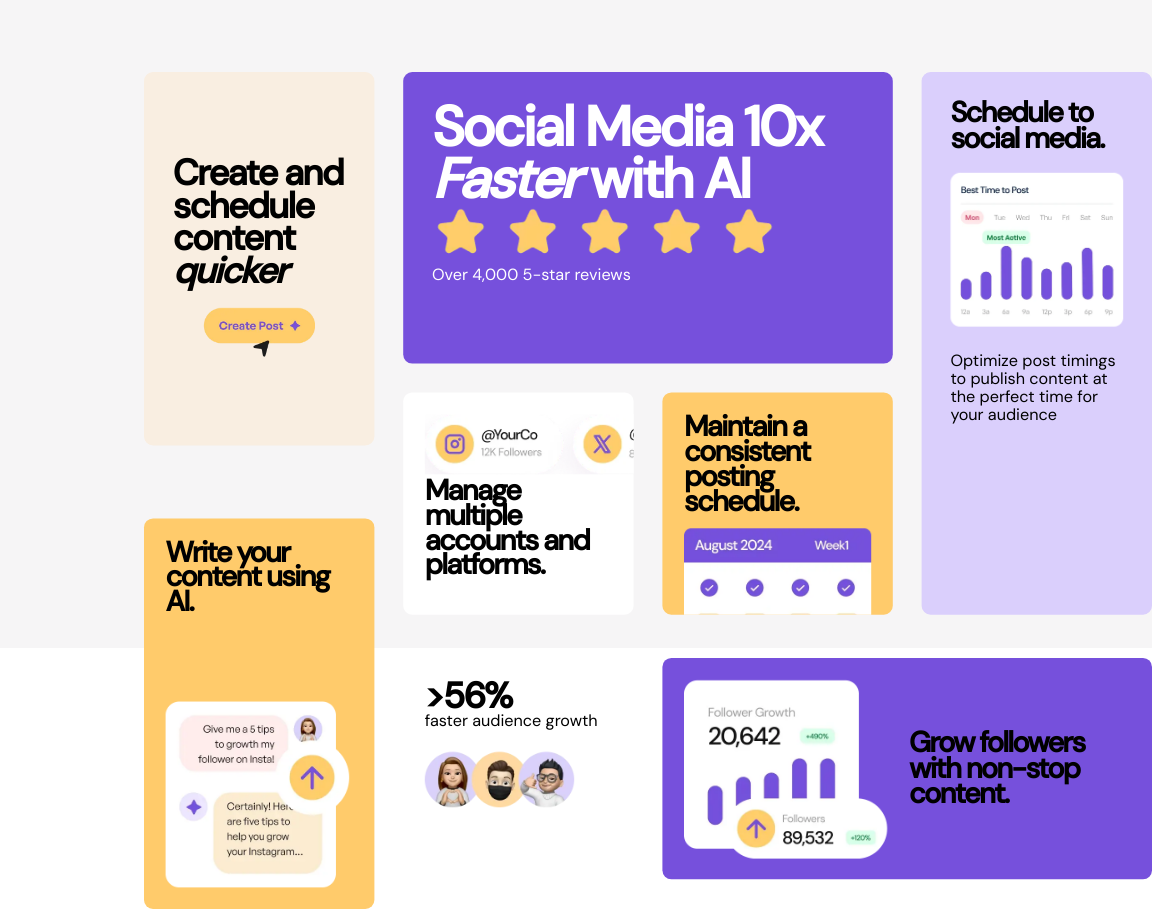
Repository: brandontaylor1/bento-grid
Page: index.html
The author's editor kept a copy of each file at every save. The page is drawn from the files as they stood at one save, then again after the next save.
The browser window is 1280 px wide. The pictures show the whole page, at 90% of full size.

Above is the page before, as saved 2025-01-22 15:18:27.

After the next save:
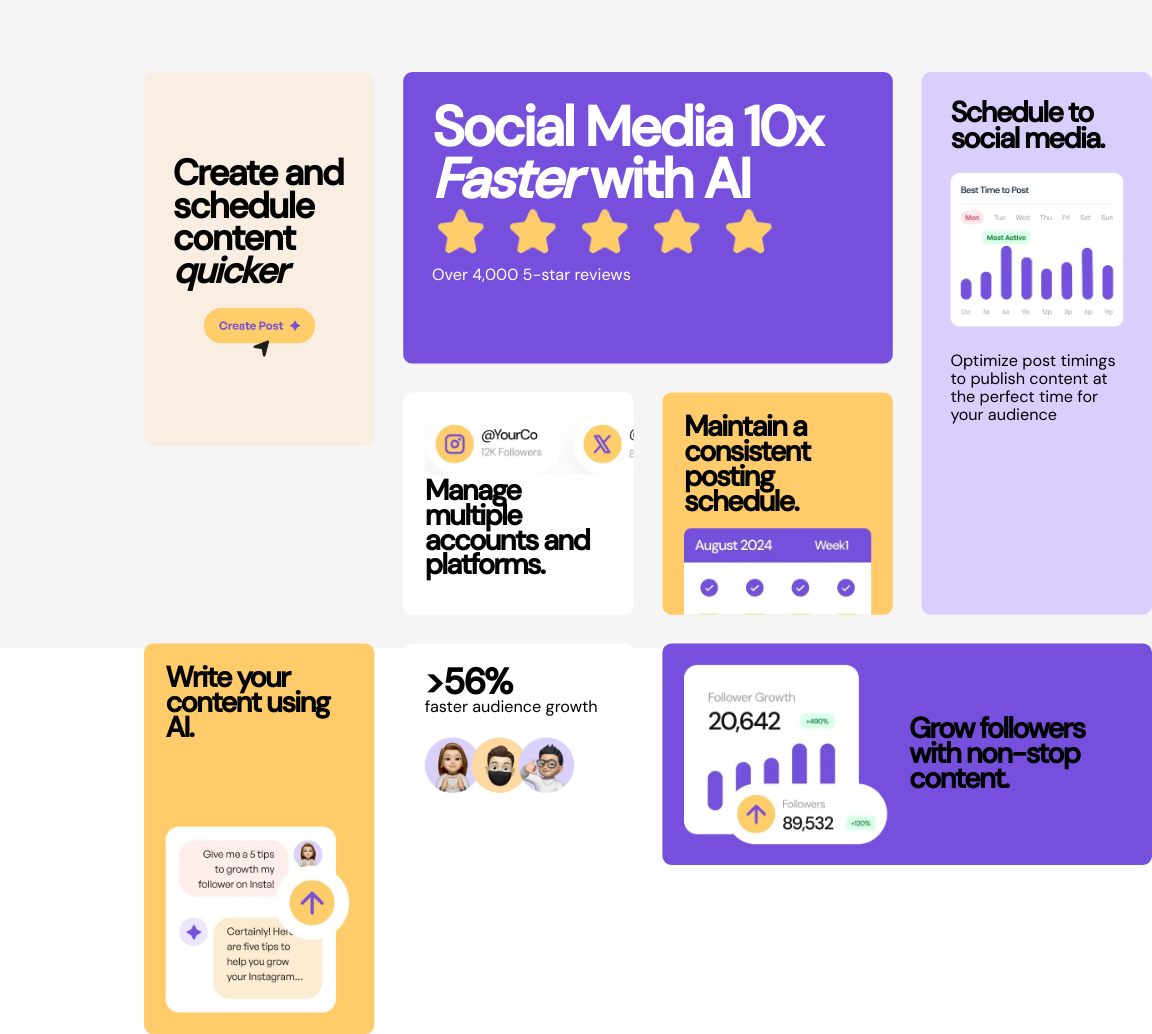
Saved 10 s later.
--- a/styles.css
+++ b/styles.css
@@ -112,10 +112,7 @@
     display: grid;
     grid-template-areas:
     " a a b b b b c c"
-    " a a b b b b c c"
     " a a d d e e c c"
-    " f f d d e e c c"
-    " f f g g h h h h"
     " f f g g h h h h";
     gap: 32px;
     padding: 80px 160px 65px 160px;

After the 2 saves that followed:
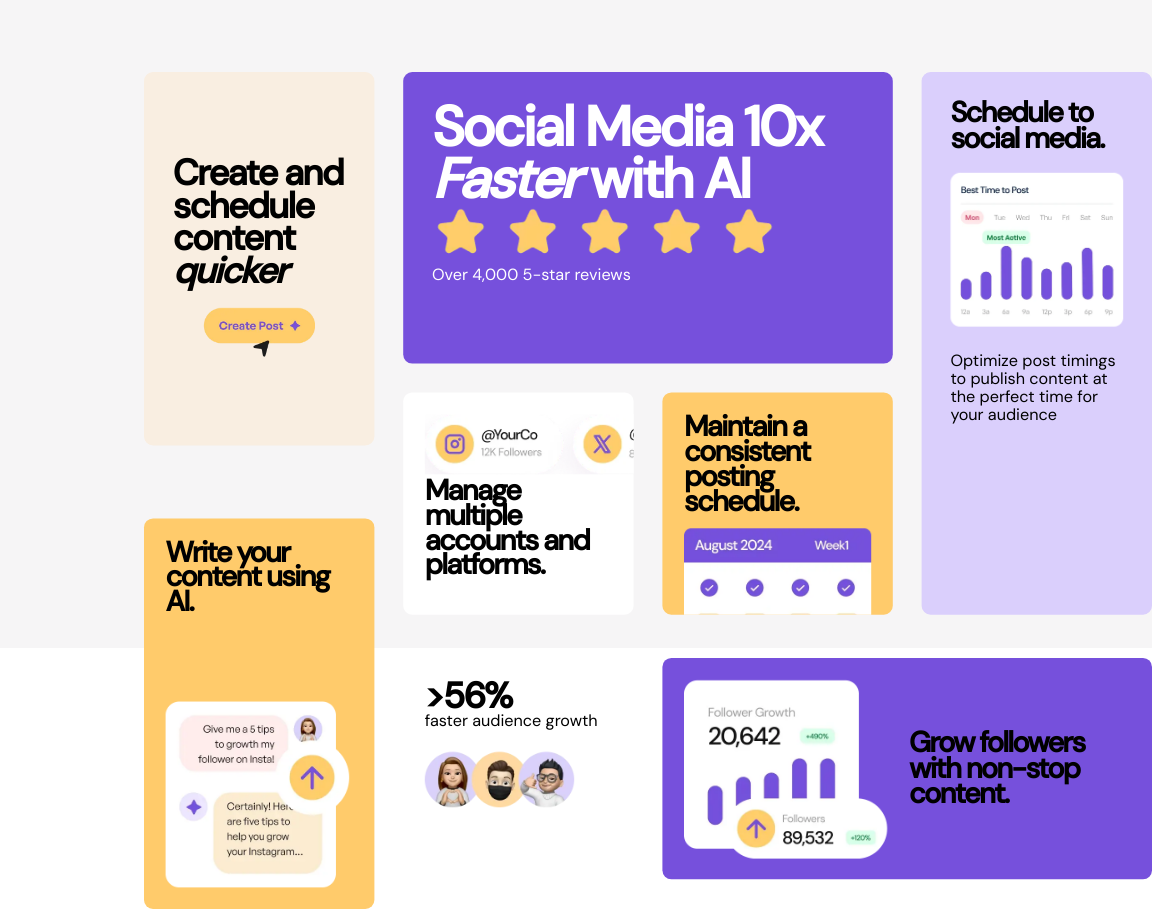
The 2 saves are shown as one change because 1 left the picture as it was.
The last was saved 28 s later.
--- a/styles.css
+++ b/styles.css
@@ -113,6 +113,8 @@
     grid-template-areas:
     " a a b b b b c c"
     " a a d d e e c c"
+    " f f d d e e c c"
+    " f f g g h h h h"
     " f f g g h h h h";
     gap: 32px;
     padding: 80px 160px 65px 160px;
